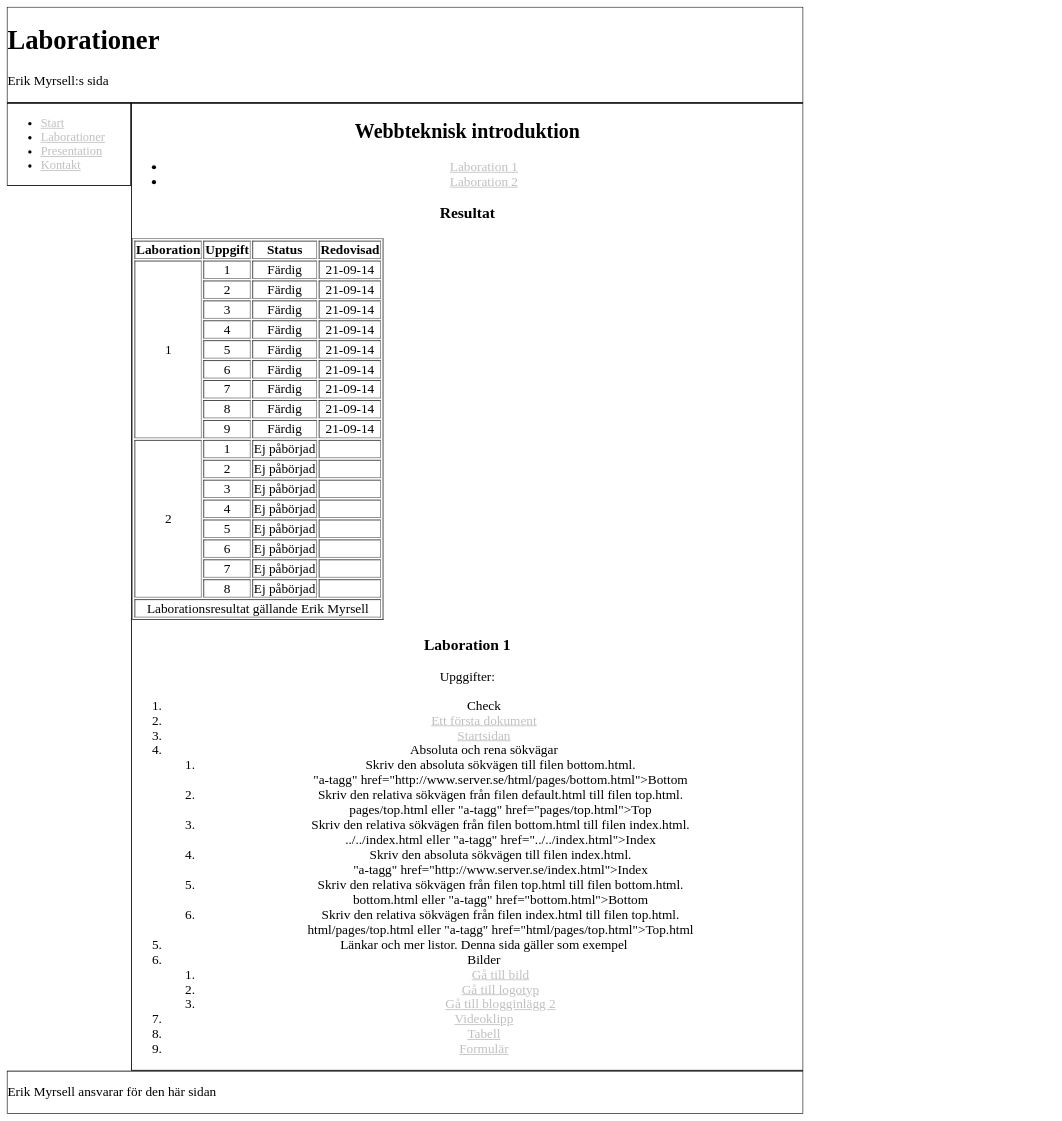
Repository: em222mt/1IK415_em222mt
Page: pages/laborationer.html
The author's editor kept a record of every edit. The page is drawn from the files as they stood at one moment, then again after the next edit.
The browser window is 1280 px wide. The pictures show the whole page, at 83% of full size.

Above is the page before.

After the next edit:
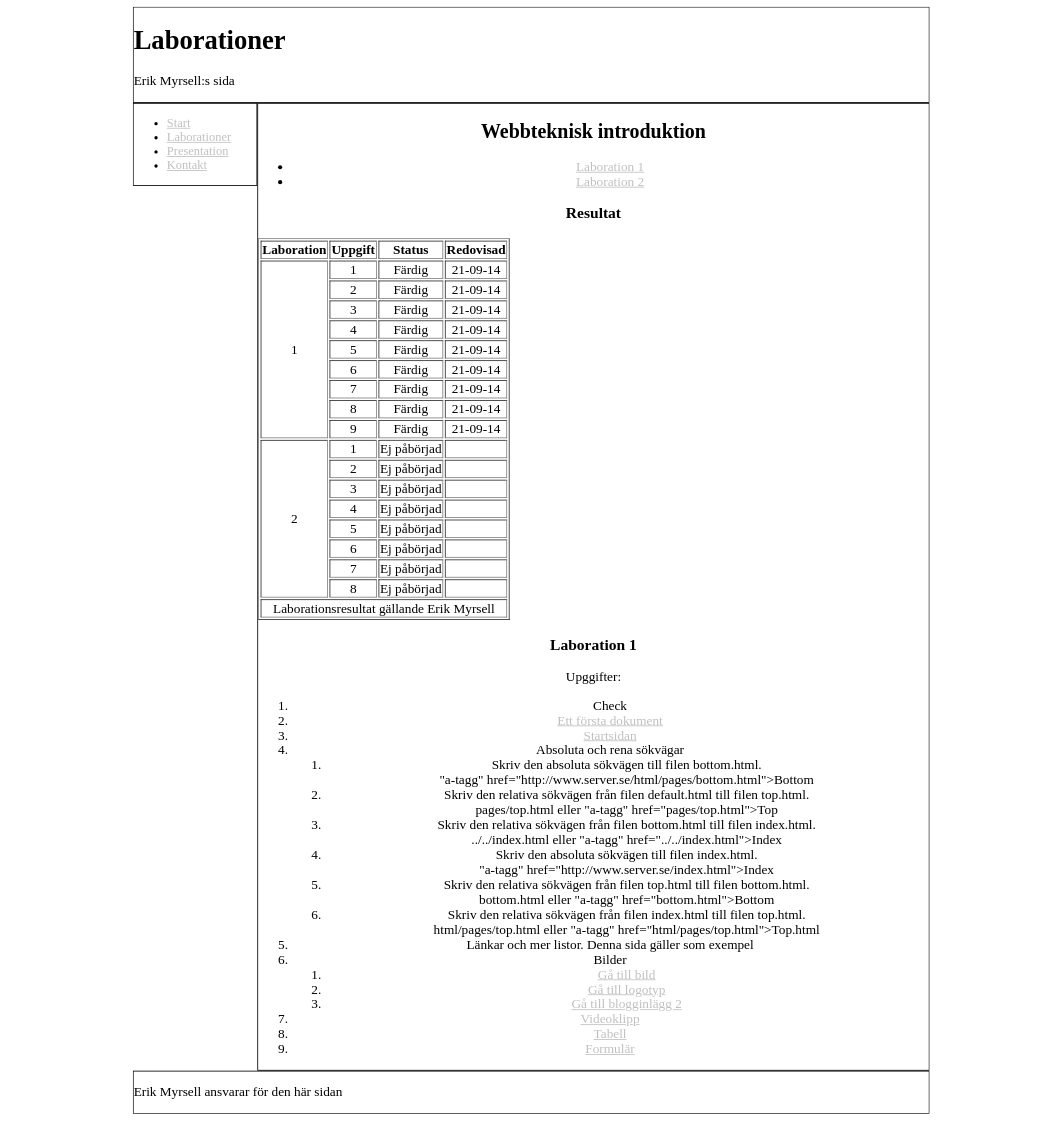
The edit:
--- a/css/basic.css
+++ b/css/basic.css
@@ -9,7 +9,7 @@
 #container {
     max-width: 960px;
     overflow: auto;
-    c
+    margin: 0 auto;
 }
 #header {
     border-style: solid;
